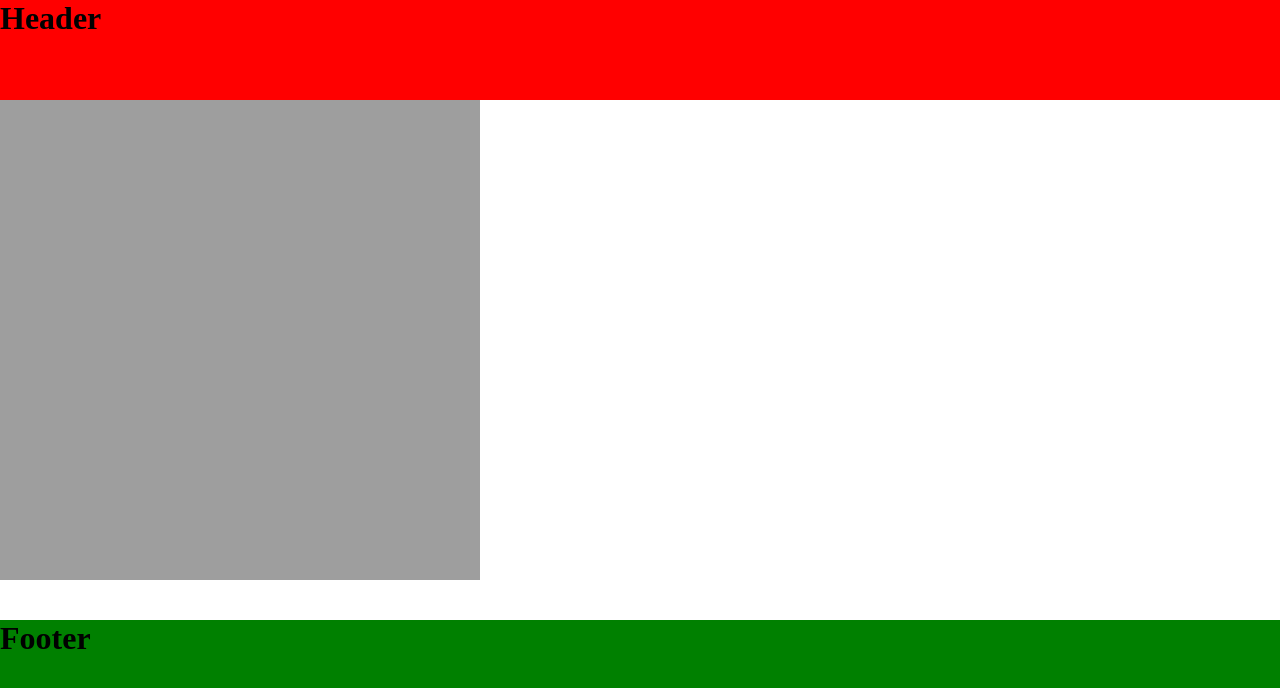
Repository: jameswilky/chess
Page: index.html
An editor plug-in stored every save of this project. The page is shown before and after the next save, followed by the edit.
The browser window is 1280 px wide. The pictures show the whole page.

Above is the page before, as saved 2018-11-21 20:34:56.

After the next save:
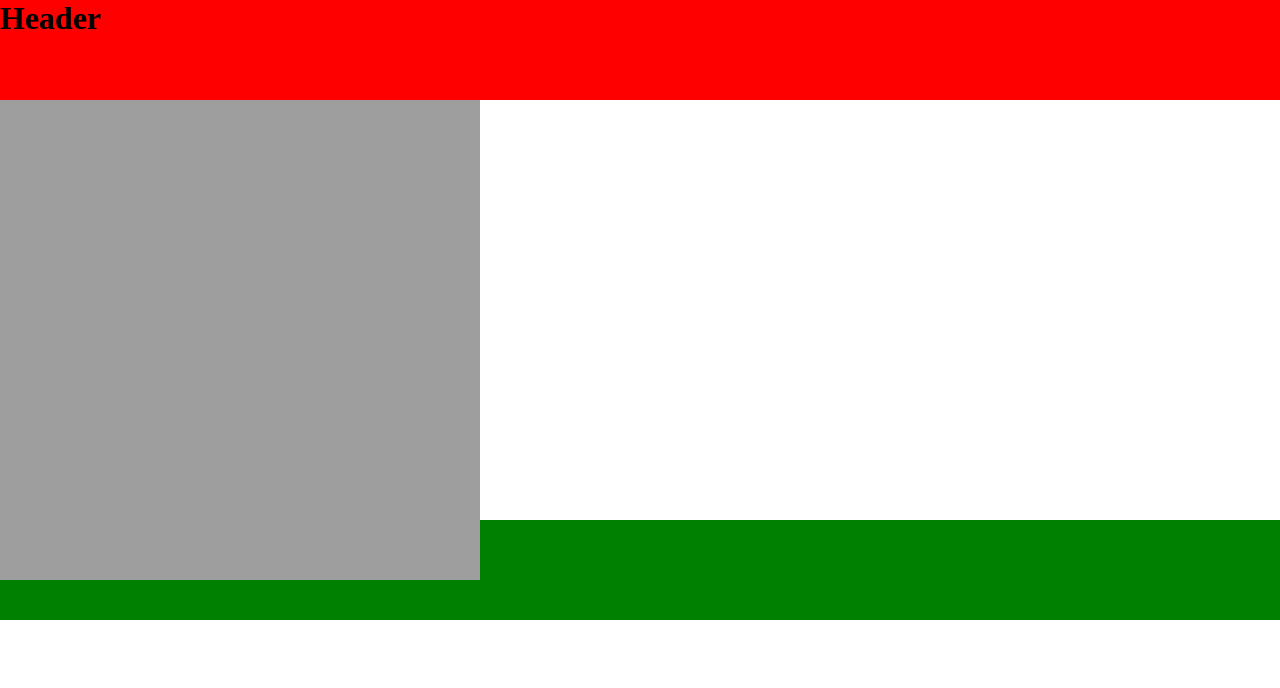
Saved 29 s later.
--- a/style.css
+++ b/style.css
@@ -40,5 +40,5 @@
   left: 0;
   background-color: green;
   height: 100px;
-  bottom: 0;
+  bottom: 100px;
 }

After the save that followed:
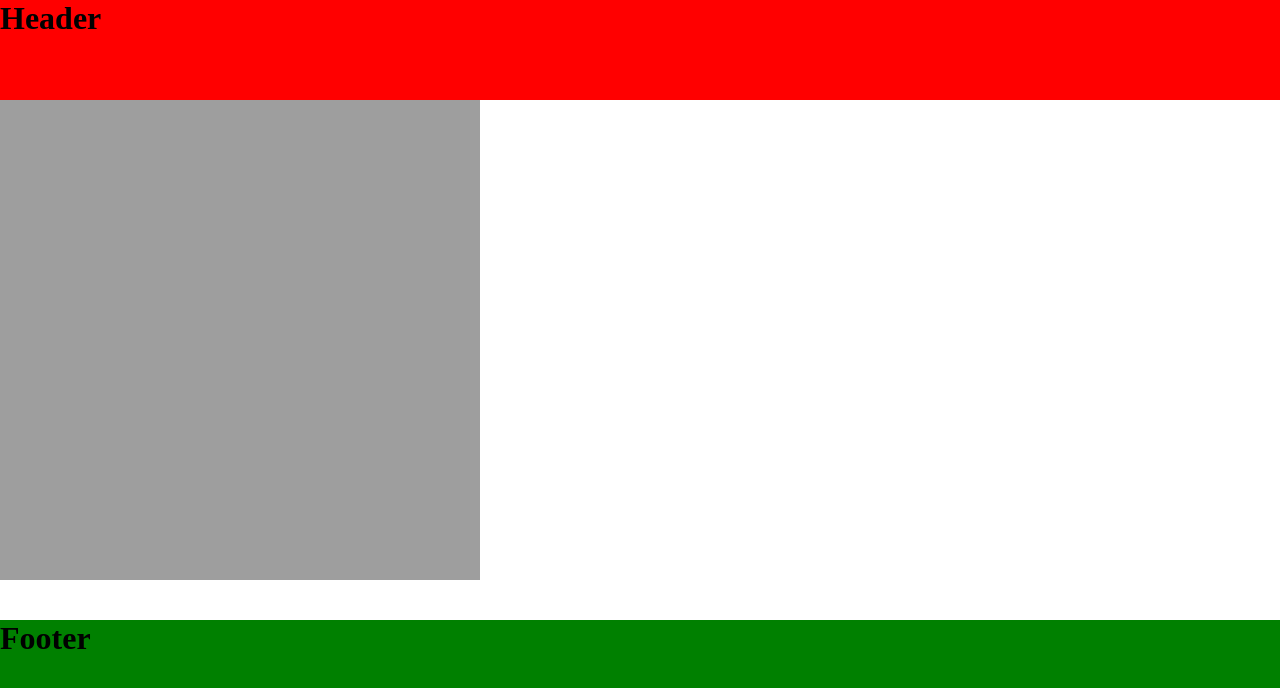
Saved 10 s later.
--- a/style.css
+++ b/style.css
@@ -40,5 +40,5 @@
   left: 0;
   background-color: green;
   height: 100px;
-  bottom: 100px;
+  bottom: 0;
 }
